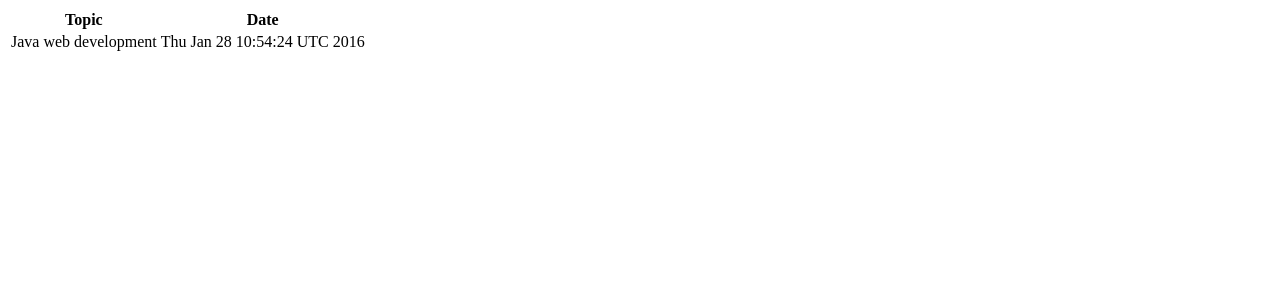
Repository: Aleksandyr/Java
Page: http://localhost/ServletsAndPages/Table
These files come from the project's save history. The page is drawn as it stood at one moment and after the next save; the edit follows.
The browser window is 1280 px wide. The pictures show the whole page.
The page is served by Tomcat 9. Other server files are loaded and not shown.

Above is the page before, as saved 2016-01-28 12:45:23.

### Homework/02.ServletsAndPages/ServletsAndPages/src/bg/jwd/servlets/Table.java
package bg.jwd.servlets;

import java.io.IOException;
import java.util.*;
import javax.servlet.ServletException;
import javax.servlet.annotation.WebServlet;
import javax.servlet.http.HttpServlet;
import javax.servlet.http.HttpServletRequest;
import javax.servlet.http.HttpServletResponse;

@WebServlet("/Table")
public class Table extends HttpServlet {

	private static final long serialVersionUID = -8869225566462175309L;

	@Override
	protected void doGet(HttpServletRequest request, HttpServletResponse response)
			throws ServletException, IOException {
		response.setContentType("text/html");

		response.getWriter().println(formatDynamicContent());
	}

	private String formatDynamicContent(){
		StringBuilder builder = new StringBuilder();
		builder.append("<html>");
		builder.append("<head><title>").append("Table").append("</title></head>");
		builder.append("<body>");
		builder.append("<table \"border=1\">");
		builder.append("<tr>");
		builder.append("<th>").append("Topic").append("</th>");
		builder.append("<th>").append("Date").append("</th>");
		builder.append("</tr>");
		builder.append("<tr>");
		builder.append("<td>").append("Java web development").append("</td>");
		builder.append("<td>").append(new Date()).append("</td>");
		builder.append("</tr>");
		builder.append("</table>");
		builder.append("</body>");
		builder.append("</html>");

		return builder.toString();
	}

}

After the next save:
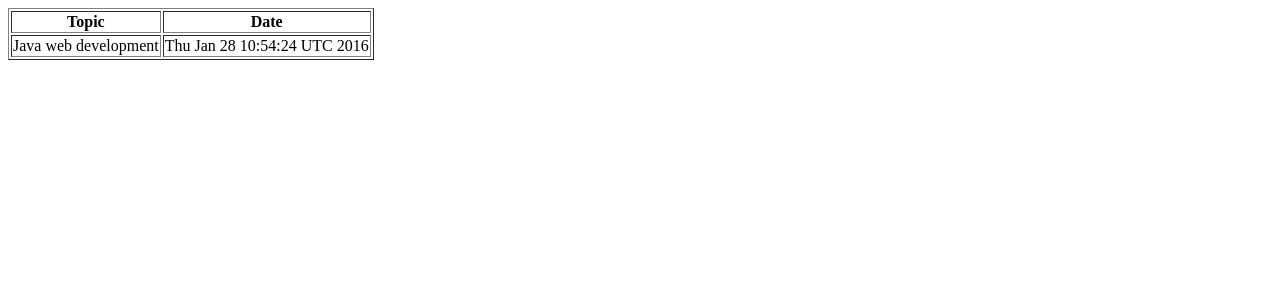
Saved 18 s later.
--- a/Homework/02.ServletsAndPages/ServletsAndPages/src/bg/jwd/servlets/Table.java
+++ b/Homework/02.ServletsAndPages/ServletsAndPages/src/bg/jwd/servlets/Table.java
@@ -26,7 +26,7 @@ public class Table extends HttpServlet {
 		builder.append("<html>");
 		builder.append("<head><title>").append("Table").append("</title></head>");
 		builder.append("<body>");
-		builder.append("<table \"border=1\">");
+		builder.append("<table border=1>");
 		builder.append("<tr>");
 		builder.append("<th>").append("Topic").append("</th>");
 		builder.append("<th>").append("Date").append("</th>");
